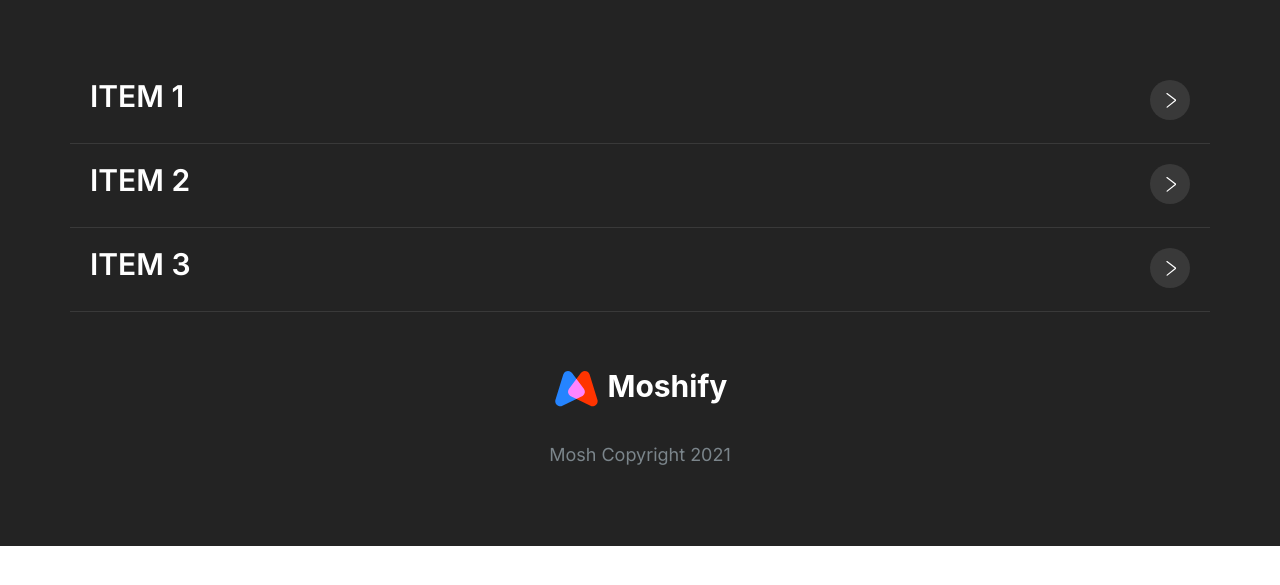
Repository: LeonUIO/first_website
Page: index.html
These files come from the project's save history. The page is drawn as it stood at one moment and after a run of saves; the edit follows.
The browser window is 1280 px wide. The pictures show the whole page.

Above is the page before, as saved 2021-04-14 09:35:14.

After the next 2 saves:
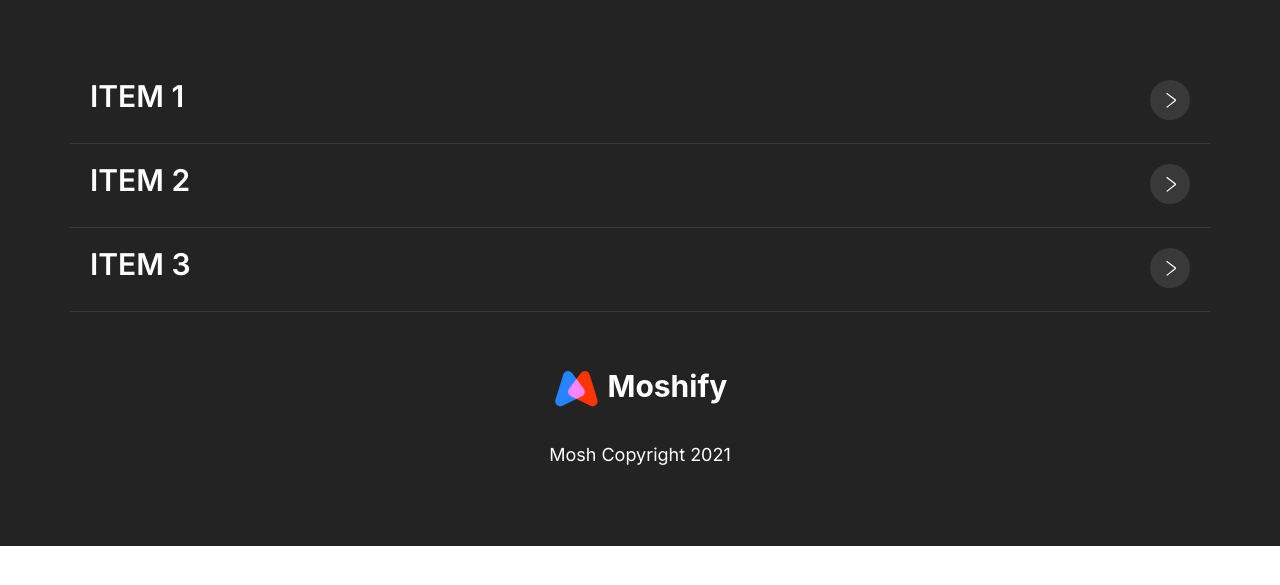
The 2 saves are shown as one change because they came seconds apart.
The last was saved 9 s later.
--- a/css/styles.css
+++ b/css/styles.css
@@ -833,5 +833,6 @@ a {
 }
 
 .footer__copyright {
-
-}
+  color:#fff;
+
+}
